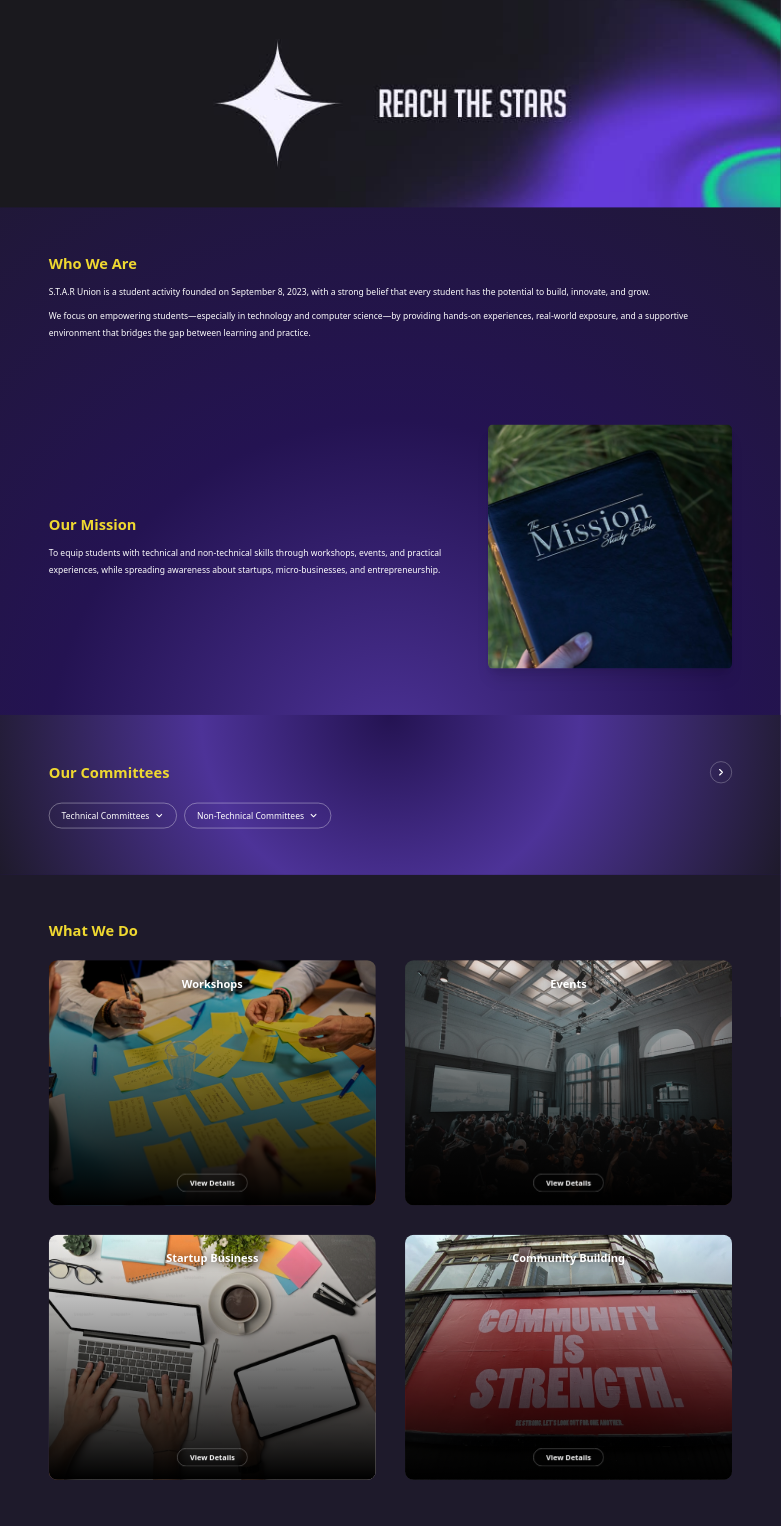
Repository: Frontend-Committee/StarUnion-Website
Page: /about
The author's editor kept a copy of each file at every save. The page is drawn from the files as they stood at one save, then again after the next save.
The browser window is 1280 px wide. The pictures show the whole page, at 61% of full size.
The project was rebuilt for these pictures with package versions that can differ from the ones it lists, and the page was loaded fresh each time. Also part of the build but not shown: vite.config.js, src/components/common/Navbar.jsx, src/components/common/Footer.jsx, src/features/home/pages/HomePage.jsx.

Above is the page before, as saved 2026-02-25 14:08:51.

After the next save:
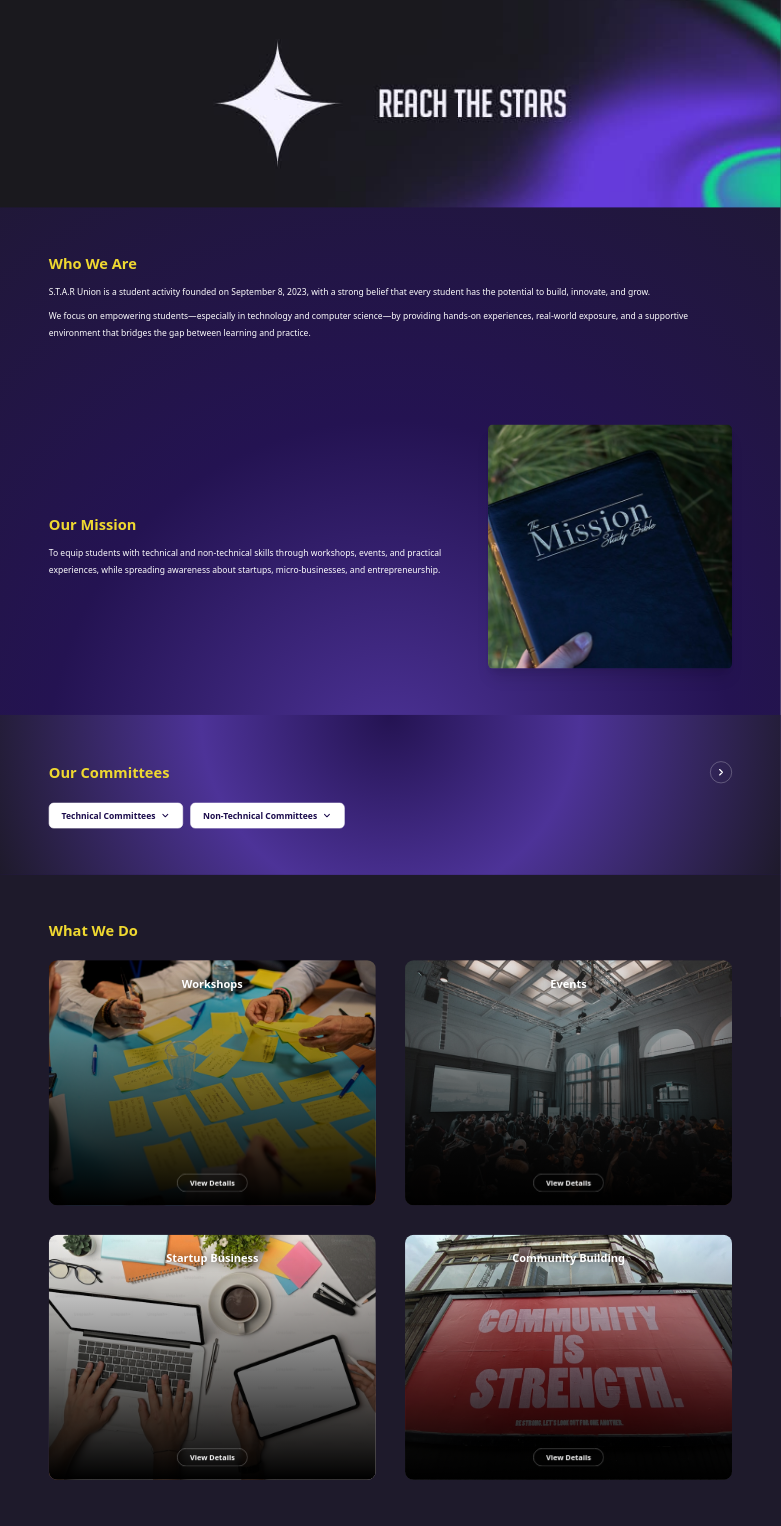
Saved 4 min 12 s later.
--- a/src/features/about/pages/AboutUsPage.jsx
+++ b/src/features/about/pages/AboutUsPage.jsx
@@ -69,13 +69,13 @@ function CommitteeDropdown({ label, items }) {
 
   return (
     <div className="relative inline-block">
-      <button
-        onClick={() => setOpen((o) => !o)}
-        className="flex items-center gap-2 px-5 py-2.5 border border-white/55 rounded-full bg-white/6 text-white text-sm font-medium cursor-pointer hover:bg-white/14 transition-colors duration-200"
-      >
-        {label}
-        <IconChevronDown open={open} />
-      </button>
+    <button
+  onClick={() => setOpen((o) => !o)}
+  className="flex items-center gap-2 px-5 py-2.5 border border-white rounded-lg bg-white text-[#1a0a4b] text-sm font-semibold cursor-pointer hover:bg-white/90 transition-colors duration-200"
+>
+  {label}
+  <IconChevronDown open={open} />
+</button>
 
       {open && (
         <div className="absolute top-[calc(100%+8px)] left-0 min-w-[220px] bg-[rgba(36,19,82,0.97)] border border-white/18 rounded-xl shadow-lg overflow-hidden z-50">
